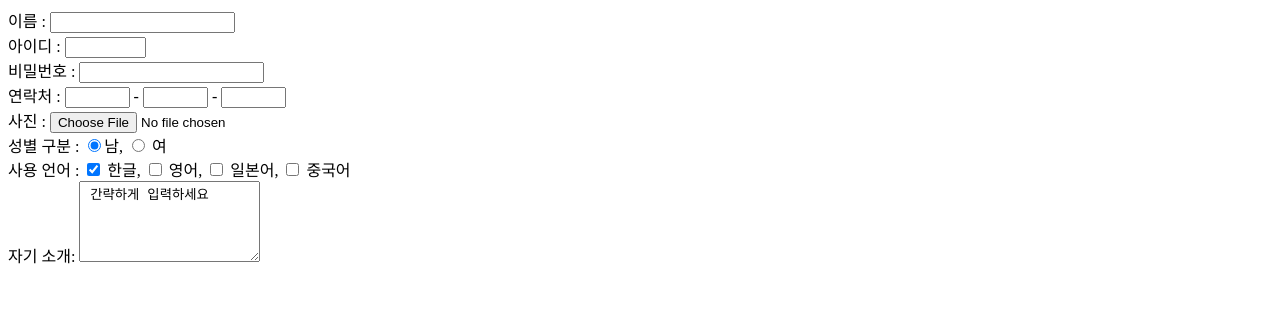
Repository: bjKim2/JSP
Page: HTML/src/main/webapp/Lec06.html
These files come from the project's save history. The page is drawn as it stood at one moment and after the next save; the edit follows.
The browser window is 1280 px wide. The pictures show the whole page.

Above is the page before, as saved 2022-03-15 05:18:15.

After the next save:
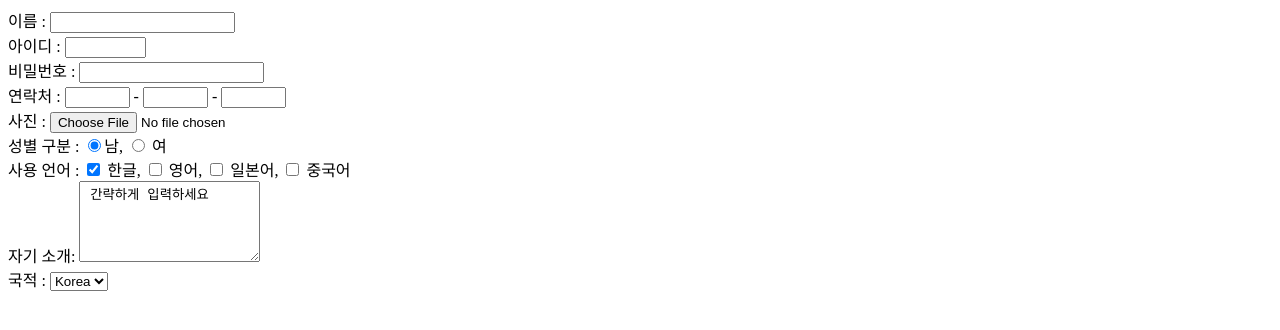
Saved 93 s later.
--- a/HTML/src/main/webapp/Lec06.html
+++ b/HTML/src/main/webapp/Lec06.html
@@ -23,7 +23,14 @@
 			자기 소개:
 					<textarea rows="5" cols="20"> 간략하게 입력하세요 </textarea><br>
 					<!-- 데이터베이스는 varchar 말고 text 타입은 무한정 문자가 들어올수있다.  -->
+			국적 :
+					<select name="nationality">
+						<option> Korea</option>
+						<option> USA</option>
+						<option> JP</option>
+						<option> CH</option>
 
+					</select>
 
 		</from>
 	</body>
